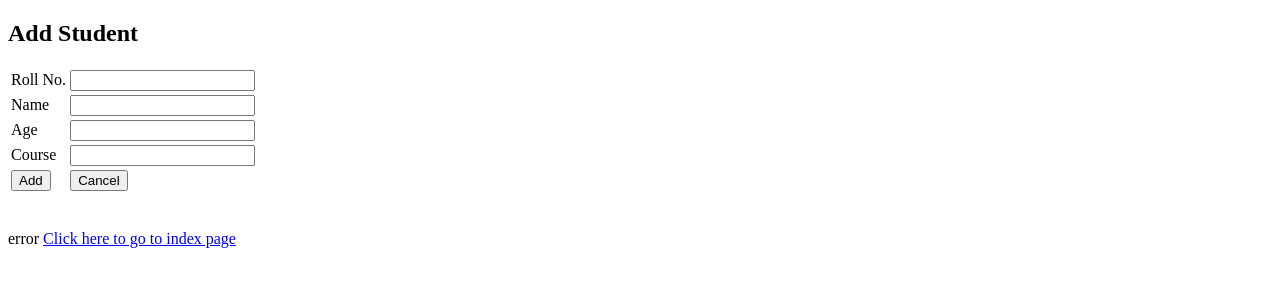
Repository: akhileshrane/ZensarJava
Page: http://localhost/student-crud/addStudent.jsp
These files come from the project's save history. The page is drawn as it stood at one moment and after the next save; the edit follows.
The browser window is 1280 px wide. The pictures show the whole page.
The page is served by Tomcat 9.

Above is the page before, as saved 2017-06-27 09:28:30.

After the next save:
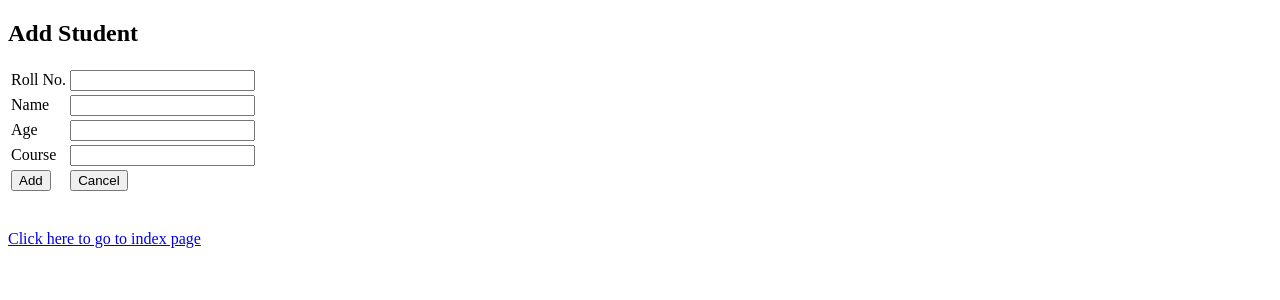
Saved 27 s later.
--- a/student-crud/WebContent/addStudent.jsp
+++ b/student-crud/WebContent/addStudent.jsp
@@ -1,6 +1,4 @@
 <!DOCTYPE html>
-<%@page import="java.util.*"%>
-<%@page import="akhilesh.*"%>
 <html>
 <head>
 <meta http-equiv="Content-Type" content="text/html" >
@@ -8,7 +6,7 @@
 </head>
 <body>
 <h2>Add Student</h2>
-<form name="addStudentForm" action="viewAllStudents.jsp">
+<form name="addStudentForm" action="addition.jsp">
 <table>
 	<tr>
 		<td>Roll No.</td>
@@ -35,21 +33,6 @@
 <br><br>
 </form>
 
-<%
-try{
-StudentDao studentDao=new StudentDao();
-int r=Integer.parseInt(request.getParameter("rollNumber"));
-String n= request.getParameter("name");
-String c= request.getParameter("course");
-int a=Integer.parseInt("age");
-Student student = new Student(r,n,a,c);
-studentDao.addStudent(student);
-}
-catch(Exception e){
-	out.println("error");
-}
-%>
-
 
 
 <a href="index.jsp">Click here to go to index page</a>
